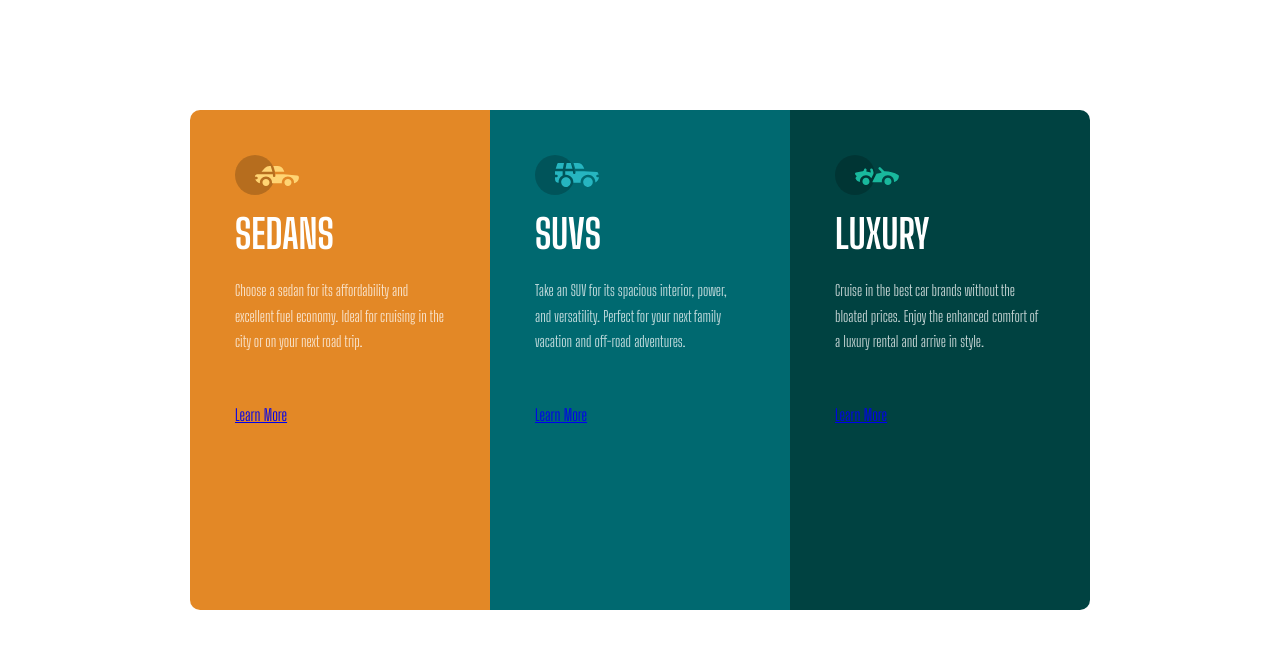
Repository: KamoliddinGIT/column-preview-card
Page: index.html
The author's editor kept a copy of each file at every save. The page is drawn from the files as they stood at one save, then again after a run of saves.
The browser window is 1280 px wide. The pictures show the whole page.

Above is the page before, as saved 2023-09-15 16:37:56.

After the next 2 saves:
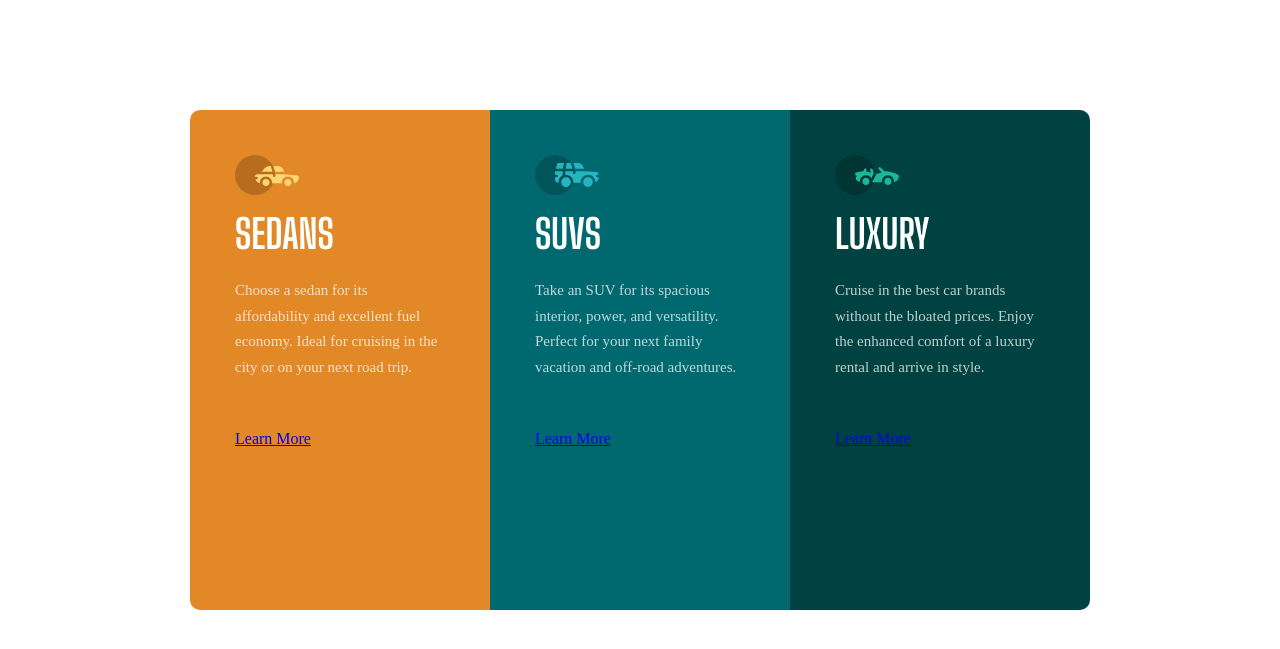
The 2 saves are shown as one change because they came seconds apart.
The last was saved 10 s later.
--- a/css/style.css
+++ b/css/style.css
@@ -10,7 +10,6 @@
   align-items: center;
   width: 100%;
   height: 100vh;
-  font-family: "Big Shoulders Display", cursive;
 }
 
 .container {
@@ -54,6 +53,7 @@
 }
 
 .card h1 {
+  font-family: "Big Shoulders Display", cursive;
   color: #fff;
   text-transform: uppercase;
   margin-top: 15px;
